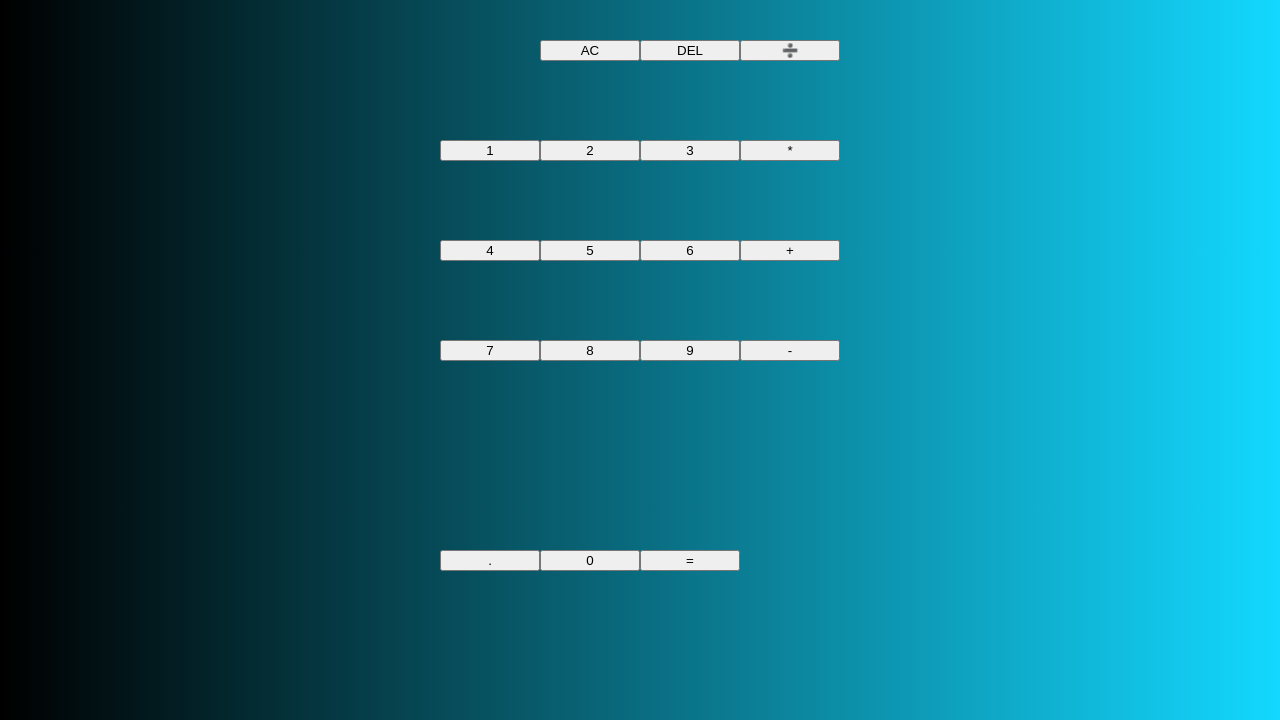
Repository: burntaftermint/calculator
Page: index.html
An editor plug-in stored every save of this project. The page is shown before and after the next save, followed by the edit.
The browser window is 1280 px wide. The pictures show the whole page.

Above is the page before, as saved 2023-11-01 02:29:18.

After the next save:
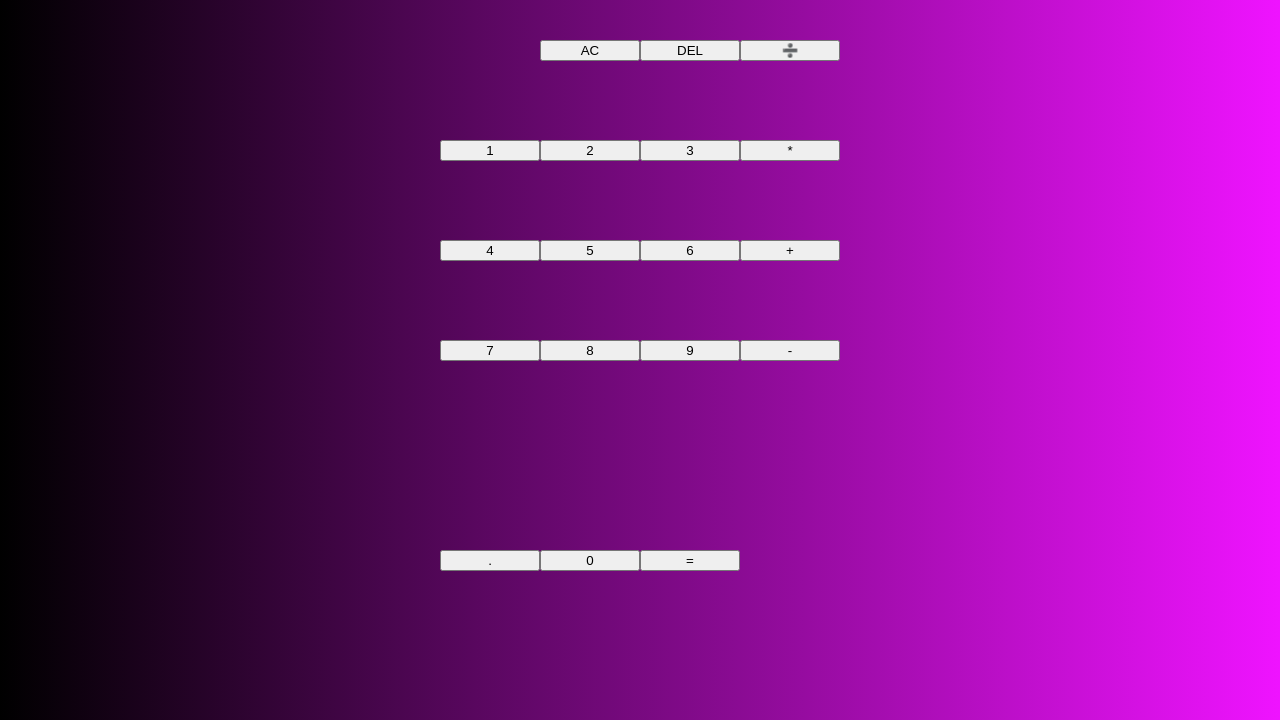
Saved 22 s later.
--- a/styles.css
+++ b/styles.css
@@ -7,7 +7,7 @@
 body {
     padding: 0;
     margin: 0;
-    background: linear-gradient(to right, #000000, #13d8ff);
+    background: linear-gradient(to right, #000000, #ef13ff);
 }
 
 .calculator-grid {
